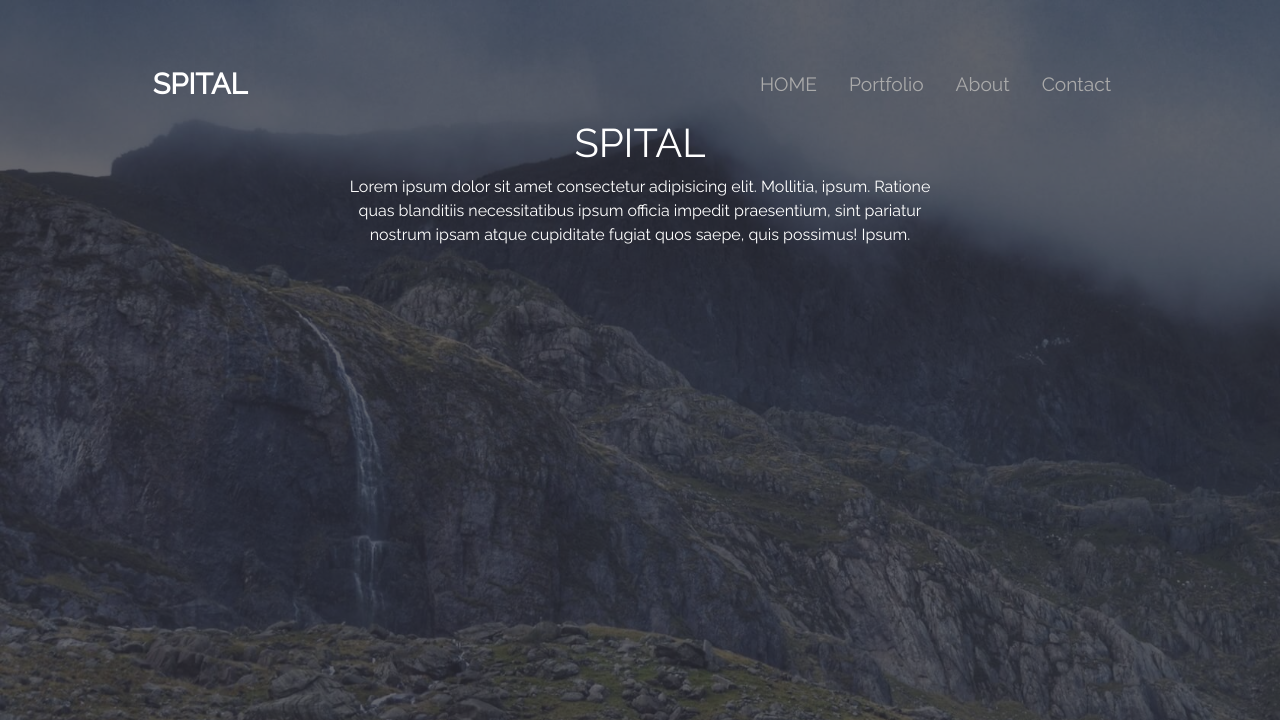
Repository: Mardoqueu/Bootstrap-4-Simple-Landing-Page
Page: index.html
An editor plug-in stored every save of this project. The page is shown before and after the next save, followed by the edit.
The browser window is 1280 px wide. The pictures show the whole page.

Above is the page before, as saved 2022-10-11 08:11:45.

After the next save:
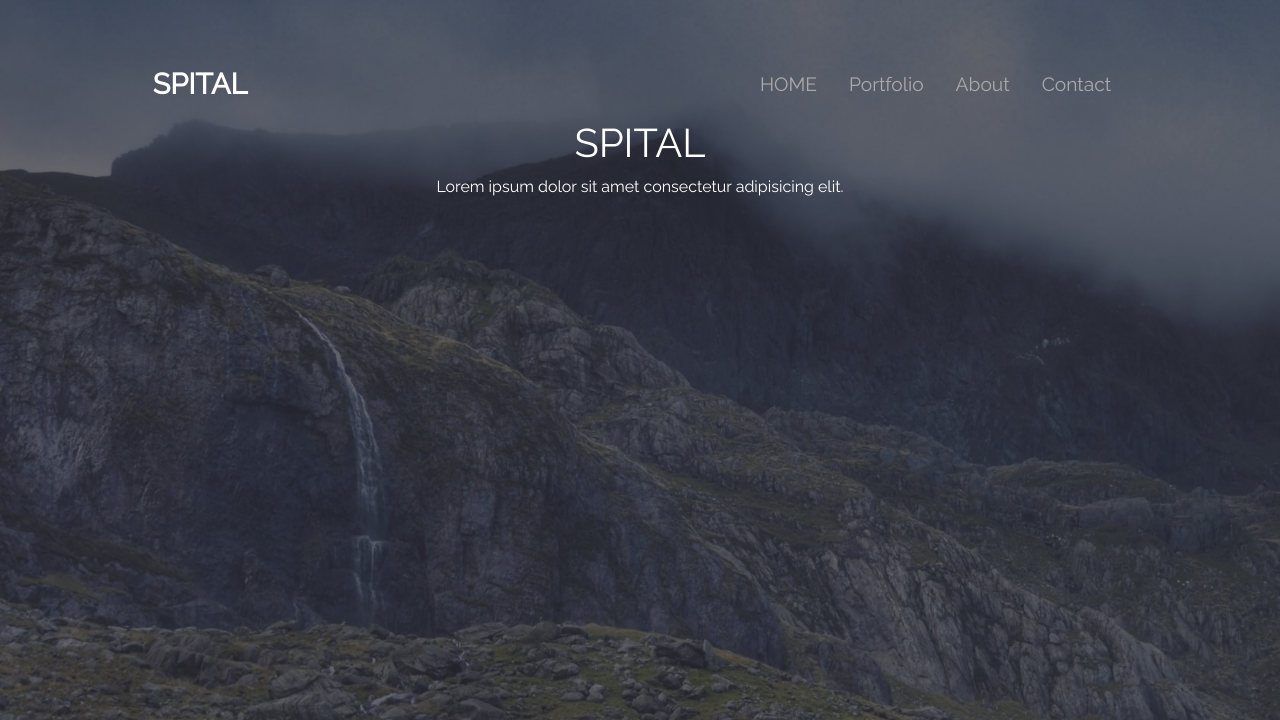
Saved 6 s later.
--- a/index.html
+++ b/index.html
@@ -37,7 +37,7 @@
 				<div class="col-md-6 offset-md-3">
 					<h1 class="text-center">SPITAL</h1>
 					<p class="text-center">
-						Lorem ipsum dolor sit amet consectetur adipisicing elit. Mollitia, ipsum. Ratione quas blanditiis necessitatibus ipsum officia impedit praesentium, sint pariatur nostrum ipsam atque cupiditate fugiat quos saepe, quis possimus! Ipsum.
+						Lorem ipsum dolor sit amet consectetur adipisicing elit.
 					</p>
 				</div>
 			</div>
